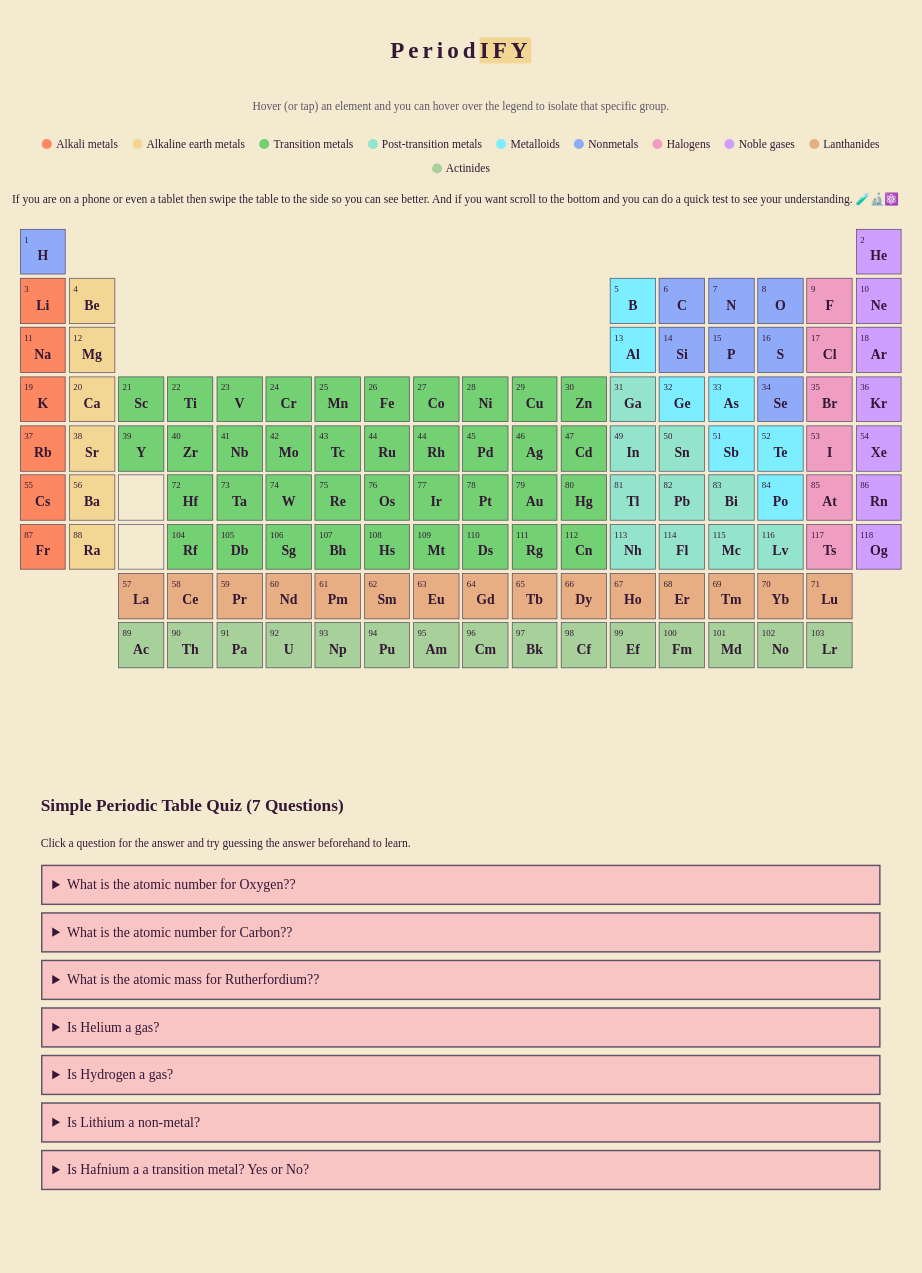
Repository: manayparikh1/Periodify
Page: index.html
The author's editor kept a copy of each file at every save. The page is drawn from the files as they stood at one save, then again after the next save.
The browser window is 1280 px wide. The pictures show the whole page, at 72% of full size.

Above is the page before, as saved 2026-10-19 20:19:24.

### index.html
<!DOCTYPE html>
<html lang="en">

<head>
    <meta charset="UTF-8">
    <meta name="viewport" content="width=device-width, initial-scale=1.0">
    <title>Periodify</title>
</head>

<body>
    <!-- === HTML STARTS here===-->
    <header>
        <h1>Period<span>IFY</span></h1>
        <p>Hover (or tap) an element and you can hover over the legend to isolate that specific group.</p>
    </header>
    <!-- === Legend === -->
    <ul class="legend">
        <li class="k-ak" style="--c: var(--ak);">Alkali metals</li>
        <li class="k-ae" style="--c: var(--ae);">Alkaline earth metals</li>
        <li class="k-tm" style="--c: var(--tm);">Transition metals</li>
        <li class="k-pt" style="--c: var(--pt);">Post-transition metals</li>
        <li class="k-md" style="--c: var(--md);">Metalloids</li>
        <li class="k-nm" style="--c: var(--nm);">Nonmetals</li>
        <li class="k-hg" style="--c: var(--hg);">Halogens</li>
        <li class="k-hl" style="--c: var(--hl);">Noble gases</li>
        <li class="k-la" style="--c: var(--la);">Lanthanides</li>
        <li class="k-ac" style="--c: var(--ac);">Actinides</li>
    </ul>
    <p class="hint">If you are on a phone or even a tablet then swipe the table to the side so you can see better. And
        if you want scroll to the bottom and you can do a quick test to see your understanding. 🧪🔬⚛️</p>
    <div class="scroll">
        <div class="table">


            <!-- The first period -->
            <div class="el nm" tabindex="0"><i>1</i><b>H</b><span>Hydrogen<br>Atomic mass = 1.008</span></div>
            <div class="gap" style="--n:16"></div>
            <!-- Gives a 16 element gap because hydron and helium are not in the same column -->
            <div class="el ng" tabindex="0"><i>2</i><b>He</b><span>Helium<br>Atomic mass = 4.003</span></div>
            <!-- The second period -->
            <div class="el ak" tabindex="0"><i>3</i><b>Li</b><span>Lithium<br>Atomic mass = 6.94</span></div>
            <div class="el ae" tabindex="0"><i>4</i><b>Be</b><span>Beryllium<br>Atomic mass = 9.012</span></div>
            <div class="gap" style="--n:10"></div>
            <div class="el md" tabindex="0"><i>5</i><b>B</b><span>Boron<br>Atomic mass = 10.81</span></div>
            <div class="el nm" tabindex="0"><i>6</i><b>C</b><span>Carbon<br>Atomic mass = 12.01</span></div>
            <div class="el nm" tabindex="0"><i>7</i><b>N</b><span>Nitrogen<br>Atomic mass = 14.01</span></div>
            <div class="el nm" tabindex="0"><i>8</i><b>O</b><span>Oxygen<br>Atomic mass = 16.00</span></div>
            <div class="el hg" tabindex="0"><i>9</i><b>F</b><span>Fluorine<br>Atomic mass = 19.00</span></div>
            <div class="el ng" tabindex="0"><i>10</i><b>Ne</b><span>Neon<br>Atomic mass = 20.18</span></div>
            <!-- The third period -->
            <div class="el ak" tabindex="0"><i>11</i><b>Na</b><span>Sodium<br>Atomic mass = 22.99</span></div>
            <div class="el ae" tabindex="0"><i>12</i><b>Mg</b><span>Magnesium<br>Atomic mass = 24.31</span></div>
            <div class="gap" style="--n:10"></div>
            <div class="el md" tabindex="0"><i>13</i><b>Al</b><span>Aluminum<br>Atomic mass = 26.98</span></div>
            <div class="el nm" tabindex="0"><i>14</i><b>Si</b><span>Silicon<br>Atomic mass = 28.09</span></div>
            <div class="el nm" tabindex="0"><i>15</i><b>P</b><span>Phosphorus<br>Atomic mass = 30.97</span></div>
            <div class="el nm" tabindex="0"><i>16</i><b>S</b><span>Sulfur<br>Atomic mass = 32.06</span></div>
            <div class="el hg" tabindex="0"><i>17</i><b>Cl</b><span>Chlorine<br>Atomic mass = 35.45</span></div>
            <div class="el ng" tabindex="0"><i>18</i><b>Ar</b><span>Argon<br>Atomic mass = 39.95</span></div>
            <!-- the fourth period -->
            <div class="el ak" tabindex="0"><i>19</i><b>K</b><span>Potassium<br>Atomic mass = 39.09</span></div>
            <div class="el ae" tabindex="0"><i>20</i><b>Ca</b><span>Calcium<br>Atomic mass = 40.08</span></div>
            <div class="el tm" tabindex="0"><i>21</i><b>Sc</b><span>Scandium<br>Atomic mass = 44.96</span></div>
            <div class="el tm" tabindex="0"><i>22</i><b>Ti</b><span>Titanium<br>Atomic mass = 47.87</span></div>
            <div class="el tm" tabindex="0"><i>23</i><b>V</b><span>Vanadium<br>Atomic mass = 50.94</span></div>
            <div class="el tm" tabindex="0"><i>24</i><b>Cr</b><span>Chromium<br>Atomic mass = 52.00</span></div>
            <div class="el tm" tabindex="0"><i>25</i><b>Mn</b><span>Manganese<br>Atomic mass = 54.94</span></div>
            <div class="el tm" tabindex="0"><i>26</i><b>Fe</b><span>Iron<br>Atomic mass = 55.85</span></div>
            <div class="el tm" tabindex="0"><i>27</i><b>Co</b><span>Cobalt<br>Atomic mass = 58.93</span></div>
            <div class="el tm" tabindex="0"><i>28</i><b>Ni</b><span>Nickel<br>Atomic mass = 58.69</span></div>
            <div class="el tm" tabindex="0"><i>29</i><b>Cu</b><span>Copper<br>Atomic mass = 63.55</span></div>
            <div class="el tm" tabindex="0"><i>30</i><b>Zn</b><span>Zinc<br>Atomic mass = 65.38</span></div>
            <div class="el pt" tabindex="0"><i>31</i><b>Ga</b><span>Gallium<br>Atomic mass = 69.72</span></div>
            <div class="el md" tabindex="0"><i>32</i><b>Ge</b><span>Germanium<br>Atomic mass = 72.63</span></div>
            <div class="el md" tabindex="0"><i>33</i><b>As</b><span>Arsenic<br>Atomic mass = 74.92</span></div>
            <div class="el nm" tabindex="0"><i>34</i><b>Se</b><span>Selenium<br>Atomic mass = 78.96</span></div>
            <div class="el hg" tabindex="0"><i>35</i><b>Br</b><span>Bromine<br>Atomic mass = 79.90</span></div>
            <div class="el ng" tabindex="0"><i>36</i><b>Kr</b><span>Krypton<br>Atomic mass = 83.80</span></div>
            <!-- the fifth period -->
            <div class="el ak" tabindex="0"><i>37</i><b>Rb</b><span>Rubidium<br>Atomic mass = 85.47</span></div>
            <div class="el ae" tabindex="0"><i>38</i><b>Sr</b><span>Strontium<br>Atomic mass = 87.62</span></div>
            <div class="el tm" tabindex="0"><i>39</i><b>Y</b><span>Yttrium<br>Atomic mass = 88.91</span></div>
            <div class="el tm" tabindex="0"><i>40</i><b>Zr</b><span>Zirconium<br>Atomic mass = 91.22</span></div>
            <div class="el tm" tabindex="0"><i>41</i><b>Nb</b><span>Niobium<br>Atomic mass = 92.91</span></div>
            <div class="el tm" tabindex="0"><i>42</i><b>Mo</b><span>Molybdenum<br>Atomic mass = 95.95</span></div>
            <div class="el tm" tabindex="0"><i>43</i><b>Tc</b><span>Technetium<br>Atomic mass = 98.00</span></div>
            <div class="el tm" tabindex="0"><i>44</i><b>Ru</b><span>Ruthenium<br>Atomic mass = 101.07</span></div>
            <div class="el tm" tabindex="0"><i>44</i><b>Rh</b><span>Rhodium<br>Atomic mass = 102.91</span></div>
            <div class="el tm" tabindex="0"><i>45</i><b>Pd</b><span>Palladium<br>Atomic mass = 106.42</span></div>
            <div class="el tm" tabindex="0"><i>46</i><b>Ag</b><span>Silver<br>Atomic mass = 107.87</span></div>
            <div class="el tm" tabindex="0"><i>47</i><b>Cd</b><span>Cadmium<br>Atomic mass = 112.41</span></div>
            <div class="el pt" tabindex="0"><i>49</i><b>In</b><span>Indium<br>Atomic mass = 114.82</span></div>
            <div class="el pt" tabindex="0"><i>50</i><b>Sn</b><span>Tin<br>Atomic mass = 118.71</span></div>
            <div class="el md" tabindex="0"><i>51</i><b>Sb</b><span>Antimony<br>Atomic mass = 121.76</span></div>
            <div class="el md" tabindex="0"><i>52</i><b>Te</b><span>Tellurium<br>Atomic mass = 127.60</span></div>
            <div class="el hg" tabindex="0"><i>53</i><b>I</b><span>Iodine<br>Atomic mass = 126.90</span></div>
            <div class="el ng" tabindex="0"><i>54</i><b>Xe</b><span>Xenon<br>Atomic mass = 131.29</span></div>
            <!-- the sixth period -->
            <div class="el ak" tabindex="0"><i>55</i><b>Cs</b><span>Caesium<br>Atomic mass = 132.91</span></div>
            <div class="el ae" tabindex="0"><i>56</i><b>Ba</b><span>Barium<br>Atomic mass = 137.33</span></div>
            <!-- this is the gap for the lanthanoids  group (goes to hafnium straight)-->
            <div class="el " tabindex="0"><i></i><b></b><span>Lanthanoids<br>57-71</span></div>
            <div class="el tm" tabindex="0"><i>72</i><b>Hf</b><span>Hafnium<br>Atomic mass = 178.49</span></div>
            <div class="el tm" tabindex="0"><i>73</i><b>Ta</b><span>Tantalum<br>Atomic mass = 180.95</span></div>
            <div class="el tm" tabindex="0"><i>74</i><b>W</b><span>Tungsten<br>Atomic mass = 183.84</span></div>
            <div class="el tm" tabindex="0"><i>75</i><b>Re</b><span>Rhenium<br>Atomic mass = 186.21</span></div>
            <div class="el tm" tabindex="0"><i>76</i><b>Os</b><span>Osmium<br>Atomic mass = 190.23</span></div>
            <div class="el tm" tabindex="0"><i>77</i><b>Ir</b><span>Iridium<br>Atomic mass = 192.22</span></div>
            <div class="el tm" tabindex="0"><i>78</i><b>Pt</b><span>Platinum<br>Atomic mass = 195.08</span></div>
            <div class="el tm" tabindex="0"><i>79</i><b>Au</b><span>Gold<br>Atomic mass = 196.97</span></div>
            <div class="el tm" tabindex="0"><i>80</i><b>Hg</b><span>Mercury<br>Atomic mass = 200.59</span></div>
            <div class="el pt" tabindex="0"><i>81</i><b>Tl</b><span>Thallium<br>Atomic mass = 204.38</span></div>
            <div class="el pt" tabindex="0"><i>82</i><b>Pb</b><span>Lead<br>Atomic mass = 207.2</span></div>
            <div class="el pt" tabindex="0"><i>83</i><b>Bi</b><span>Bismuth<br>Atomic mass = 208.98</span></div>
            <div class="el md" tabindex="0"><i>84</i><b>Po</b><span>Polonium<br>Atomic mass = 209.00</span></div>
            <div class="el hg" tabindex="0"><i>85</i><b>At</b><span>Astatine<br>Atomic mass = 209.99</span></div>
            <div class="el ng" tabindex="0"><i>86</i><b>Rn</b><span>Radon<br>Atomic mass = 222.00</span></div>
            <!-- the seventh period -->
            <div class="el ak" tabindex="0"><i>87</i><b>Fr</b><span>Francium<br>Atomic mass = 223.00</span></div>
            <div class="el ae" tabindex="0"><i>88</i><b>Ra</b><span>Radium<br>Atomic mass = 226.00</span></div>
            <!-- this gap is the space for the Actinide block -->
            <div class="el " tabindex="0"><i></i><b></b><span>Actinides<br>89-103</span></div>
            <div class="el tm" tabindex="0"><i>104</i><b>Rf</b><span>Rutherfordium<br>Atomic mass = 267.00</span></div>
            <div class="el tm" tabindex="0"><i>105</i><b>Db</b><span>Dubnium<br>Atomic mass = 268.00</span></div>
            <div class="el tm" tabindex="0"><i>106</i><b>Sg</b><span>Seaborgium<br>Atomic mass = 269.00</span></div>
            <div class="el tm" tabindex="0"><i>107</i><b>Bh</b><span>Bhorium<br>Atomic mass = 270.00</span></div>
            <div class="el tm" tabindex="0"><i>108</i><b>Hs</b><span>Hassium<br>Atomic mass = 270.00</span></div>
            <div class="el tm" tabindex="0"><i>109</i><b>Mt</b><span>Meitnerium<br>Atomic mass = 278.00</span></div>
            <div class="el tm" tabindex="0"><i>110</i><b>Ds</b><span>Darmstadtium<br>Atomic mass = 281.00</span></div>
            <div class="el tm" tabindex="0"><i>111</i><b>Rg</b><span>Roentgenium<br>Atomic mass = 282.00</span></div>
            <div class="el tm" tabindex="0"><i>112</i><b>Cn</b><span>Copernicium<br>Atomic mass = 285.00</span></div>
            <div class="el pt" tabindex="0"><i>113</i><b>Nh</b><span>Nihonium<br>Atomic mass = 286.00</span></div>
            <div class="el pt" tabindex="0"><i>114</i><b>Fl</b><span>Flerovium<br>Atomic mass = 289.00</span></div>
            <div class="el pt" tabindex="0"><i>115</i><b>Mc</b><span>Moscovium<br>Atomic mass = 290.00</span></div>
            <div class="el pt" tabindex="0"><i>116</i><b>Lv</b><span>Livermorium<br>Atomic mass = 293.00</span></div>
            <div class="el hg" tabindex="0"><i>117</i><b>Ts</b><span>Tennessine<br>Atomic mass = 294.00</span></div>
            <div class="el ng" tabindex="0"><i>118</i><b>Og</b><span>Oganesson<br>Atomic mass = 294.00</span></div>
            <!-- the lanthanoids -->
            <div class="gap" style="--n:2"></div>
            <div class="el la" tabindex="0"><i>57</i><b>La</b><span>Lanthanum<br>Atomic mass = 138.91</span></div>
            <div class="el la" tabindex="0"><i>58</i><b>Ce</b><span>Cerium<br>Atomic mass = 140.12</span></div>
            <div class="el la" tabindex="0"><i>59</i><b>Pr</b><span>Praseodymium<br>Atomic mass = 140.91</span></div>
            <div class="el la" tabindex="0"><i>60</i><b>Nd</b><span>Neodymium<br>Atomic mass = 144.24</span></div>
            <div class="el la" tabindex="0"><i>61</i><b>Pm</b><span>Promethium<br>Atomic mass = 145.00</span></div>
            <div class="el la" tabindex="0"><i>62</i><b>Sm</b><span>Samarium<br>Atomic mass = 150.36</span></div>
            <div class="el la" tabindex="0"><i>63</i><b>Eu</b><span>Europium<br>Atomic mass = 151.96</span></div>
            <div class="el la" tabindex="0"><i>64</i><b>Gd</b><span>Gadollinium<br>Atomic mass = 157.25</span></div>
            <div class="el la" tabindex="0"><i>65</i><b>Tb</b><span>Terbium<br>Atomic mass = 158.93</span></div>
            <div class="el la" tabindex="0"><i>66</i><b>Dy</b><span>Dysprosium<br>Atomic mass = 162.50</span></div>
            <div class="el la" tabindex="0"><i>67</i><b>Ho</b><span>Holmium<br>Atomic mass = 164.93</span></div>
            <div class="el la" tabindex="0"><i>68</i><b>Er</b><span>Erbium<br>Atomic mass = 167.26</span></div>
            <div class="el la" tabindex="0"><i>69</i><b>Tm</b><span>Thulium<br>Atomic mass = 168.93</span></div>
            <div class="el la" tabindex="0"><i>70</i><b>Yb</b><span>Ytterbium<br>Atomic mass = 173.05</span></div>
            <div class="el la" tabindex="0"><i>71</i><b>Lu</b><span>Lutetium<br>Atomic mass = 174.97</span></div>
            <div class="gap" style="--n:1"></div>

            <!-- the actinides section -->
            <div class="gap" style="--n:2"></div>
            <div class="el ac" tabindex="0"><i>89</i><b>Ac</b><span>Actinium<br>Atomic mass = 227.00</span></div>
            <div class="el ac" tabindex="0"><i>90</i><b>Th</b><span>Thorium<br>Atomic mass = 232.04</span></div>
            <div class="el ac" tabindex="0"><i>91</i><b>Pa</b><span>Protactinium<br>Atomic mass = 231.04</span></div>
            <div class="el ac" tabindex="0"><i>92</i><b>U</b><span>Uranium<br>Atomic mass = 238.03</span></div>
            <div class="el ac" tabindex="0"><i>93</i><b>Np</b><span>Neptunium<br>Atomic mass = 237.00</span></div>
            <div class="el ac" tabindex="0"><i>94</i><b>Pu</b><span>Plutonium<br>Atomic mass = 244.00</span></div>
            <div class="el ac" tabindex="0"><i>95</i><b>Am</b><span>Americium<br>Atomic mass = 243.00</span></div>
            <div class="el ac" tabindex="0"><i>96</i><b>Cm</b><span>Curium<br>Atomic mass = 247.00</span></div>
            <div class="el ac" tabindex="0"><i>97</i><b>Bk</b><span>Berkelium<br>Atomic mass = 247.00</span></div>
            <div class="el ac" tabindex="0"><i>98</i><b>Cf</b><span>Californium<br>Atomic mass = 251.00</span></div>
            <div class="el ac" tabindex="0"><i>99</i><b>Ef</b><span>Einsteinium<br>Atomic mass = 252.00</span></div>
            <div class="el ac" tabindex="0"><i>100</i><b>Fm</b><span>Fermium<br>Atomic mass = 257.00</span></div>
            <div class="el ac" tabindex="0"><i>101</i><b>Md</b><span>Mendelevium<br>Atomic mass = 258.00</span></div>
            <div class="el ac" tabindex="0"><i>102 </i><b>No </b><span>Nobelium<br>Atomic mass = 259.00</span></div>
            <div class="el ac" tabindex="0"><i>103</i><b>Lr</b><span>Lawrencium<br>Atomic mass = 266.00</span></div>
            <div class="gap" style="--n:1"></div>
        </div>
    </div>


    <!-- the quiz section with around 7 questions-->
    <section class="Quiz">
        <h2>Simple Periodic Table Quiz (7 Questions)</h2>
        <p>Click a question for the answer and try guessing the answer beforehand to learn.</p>

        <details>
            <summary>What is the atomic number for Oxygen??</summary>
            <p>The atomic number for Oxygen is 8.</p>
        </details>
        <details>
            <summary>What is the atomic number for Carbon??</summary>
            <p>The atomic number for Carbon is 6.</p>
        </details>
        <details>
            <summary>What is the atomic mass for Rutherfordium??</summary>
            <p>The atomic mass for Rutherfordium is 261.00.</p>
        </details>
        <details>
            <summary>Is Helium a gas?</summary>
            <p>Yes Helium is a gas.</p>
        </details>
        <details>
            <summary>Is Hydrogen a gas?</summary>
            <p>Yes Hydrogen is a gas.</p>
        </details>
        <details>
            <summary>Is Lithium a non-metal?</summary>
            <p>No, Lithium is a metal.</p>
        </details>
        <details>
            <summary>Is Hafnium a a transition metal? Yes or No?</summary>
            <p>Yes Hafnium is a transition metal.</p>
        </details>
    </section>

    <!-- the HTML ENDS here and css starts=== -->
    <style>
        :root {
            --colouring: #341836;
            --main: #5e5468;
            --papercolor: #f4eacf;

            --ak: #fc8760;
            --ae: #f3d693;
            --tm: #73d073;
            --pt: #94e4cc;
            --md: #7deeff;
            --nm: #90aafa;
            --hl: #cf9fff;
            --hg: #ef9ec1;
            --la: #e7ad83;
            --ac: #a8d09b;
        }

        /* The page (looks) (its gonna look like a notebook)*/

        * {
            box-sizing: border-box;
        }

        body {
            margin: 0;
            padding: 23px 16.6px 48.5px;
            background: var(--papercolor);
            color: var(--colouring);
            font-family: "Comic Sans MS", "Comic Sans", "Comic Neue", "Chalkboard SE", cursive;
            line-height: 1.67;
        }

        header {
            text-align: center;
            margin-bottom: 25px;
        }

        h1 {
            text-align: center;
            margin-bottom: 37px;
            letter-spacing: 5.6px;
        }

        h1 span {
            background: var(--ae);
        }

        header p {
            margin: 5.5px 0 0;
            color: var(--main);
        }

        /* -- the periodic table part -- */
        .scroll {
            overflow-x: auto;
            padding: 11.5px 11px 130px;
        }

        .table {
            display: grid;
            grid-template-columns: repeat(18, minmax(54px, 1fr));
            gap: 4.6px;
            min-width: 1060px;
            max-width: 1414px;
            margin: 0 auto;
        }

        .gap {
            grid-column: span var(--n);
        }

        .gap.row {
            height: 14px;
        }

        .el {
            position: relative;
            aspect-ratio: 1/1;
            border: 1.4px solid var(--main);
            padding: 4px 5px;
            /*basically each elements box size*/
            cursor: pointer;
        }

        .el i {
            font-style: normal;
            font-size: 0.77rem;
            display: block;
        }

        .el b {
            display: block;
            font-size: 1.2rem;
            text-align: center;
            line-height: 1.2;
        }


        /* thing willl basically stay hidden unless u hover or tap a title*/

        .el span {

            display: none;
            position: absolute;
            top: 110%;
            left: 55%;
            transform: translateX(-45%);
            width: 148px;
            padding: 8.5px 10.5px;
            background: #caf4cb;
            border: 1.65px solid var(--main);
            font-size: 0.74rem;
            text-align: center;
            z-index: 9;
        }

        .el:hover span,
        .el:focus span {
            display: block;
        }

        /*hovering colours*/

        .ak {
            background: var(--ak);
        }

        .ae {
            background: var(--ae);
        }

        .tm {
            background: var(--tm);
        }

        .pt {
            background: var(--pt);
        }

        .md {
            background: var(--md);
        }

        .nm {
            background: var(--nm);
        }

        .hg {
            background: var(--hg);
        }

        .ng {
            background: var(--hl);
        }

        .la {
            background: var(--la);
        }

        .ac {
            background: var(--ac);
        }

        /* the legend part */

        .legend {
            list-style: none;
            /*takes away numbered list*/
            display: flex;
            flex-wrap: wrap;
            /*organizes the legend*/
            justify-content: center;
            gap: 7.5px 20px;
            padding: 0;
        }

        .legend li {
            display: flex;
            align-items: center;
            gap: 5.6px;
        }

        .legend li::before {
            content: "";
            width: 14px;
            height: 14px;
            border-radius: 50%;
            background: var(--c);
        }

        /*the quiz function*/


        .Quiz {
            margin: 40px;
        }

        .Quiz details {
            font-size: 1.2rem;
            border: 2px solid var(--main);
            /*Gives a box */
            padding: 10px 14px;
            /*spacing in the box*/
            margin-bottom: 10px;
            /*spacing between the boxes*/
            background: rgb(249, 196, 196);
        }

        .quiz summary {
            font-weight: bold;
            cursor: pointer;
            /*js shows that its clickable*/
        }
    </style>

After the next save:
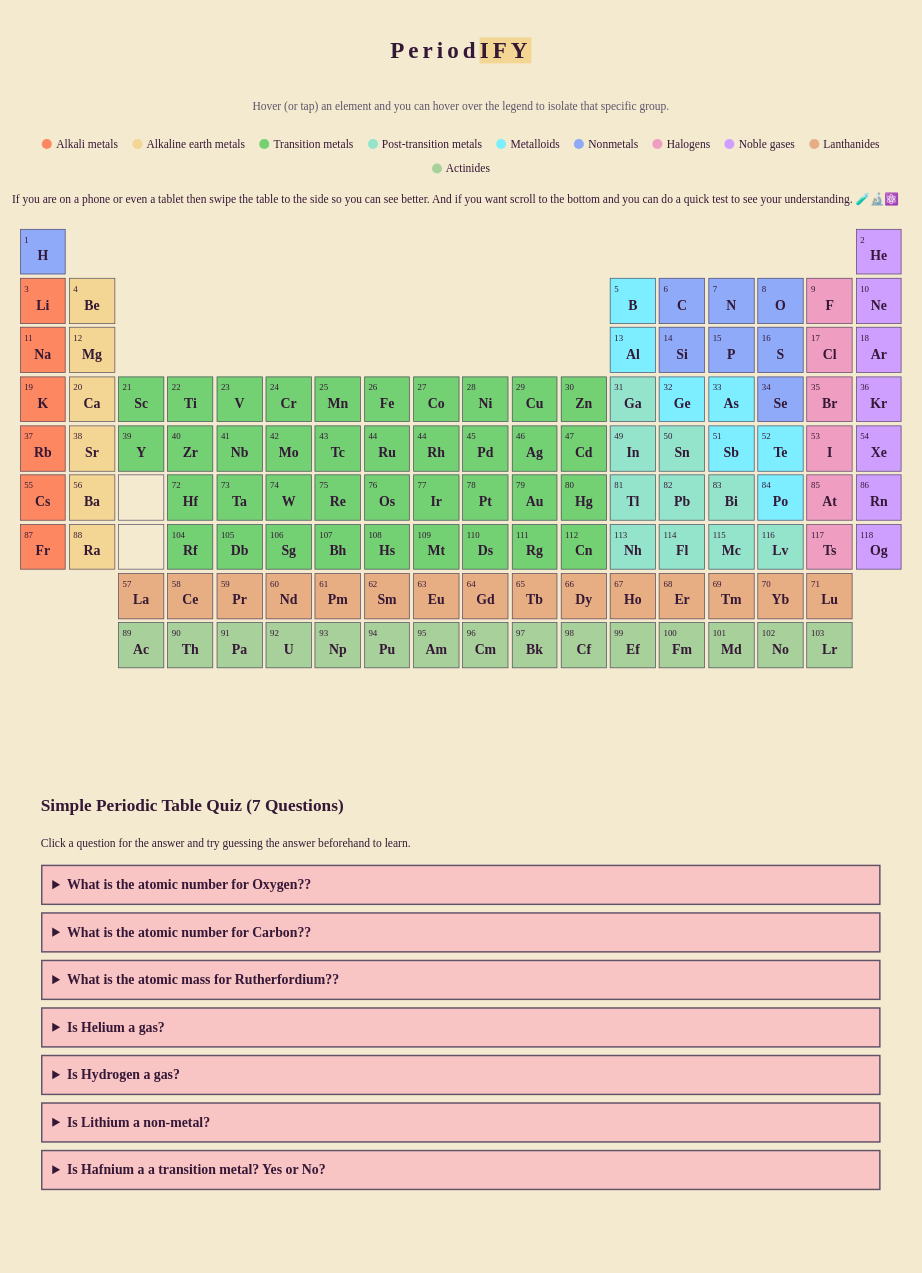
Saved 24 min 20 s later.
--- a/index.html
+++ b/index.html
@@ -421,7 +421,7 @@
             background: rgb(249, 196, 196);
         }
 
-        .quiz summary {
+        .Quiz summary {
             font-weight: bold;
             cursor: pointer;
             /*js shows that its clickable*/
